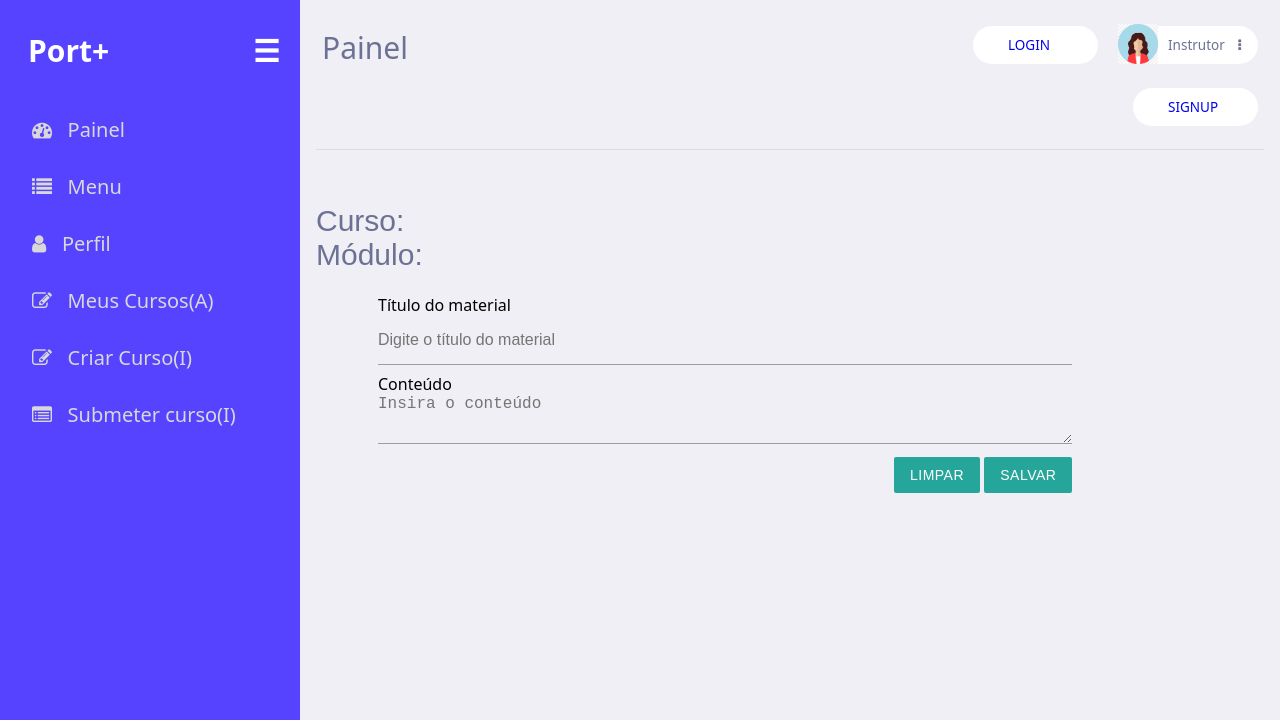
Repository: LauraMViana/Port-plus
Page: http://localhost/portPlus/criarCurso/addConteudo
The author's editor kept a copy of each file at every save. The page is drawn from the files as they stood at one save, then again after the next save.
The browser window is 1280 px wide. The pictures show the whole page.
The page is this project's Thymeleaf template; nobody is signed in. The template is opened directly, without the code that normally fills it, so the values that code supplies are empty.

Above is the page before, as saved 2021-12-28 14:53:47.

After the next save:
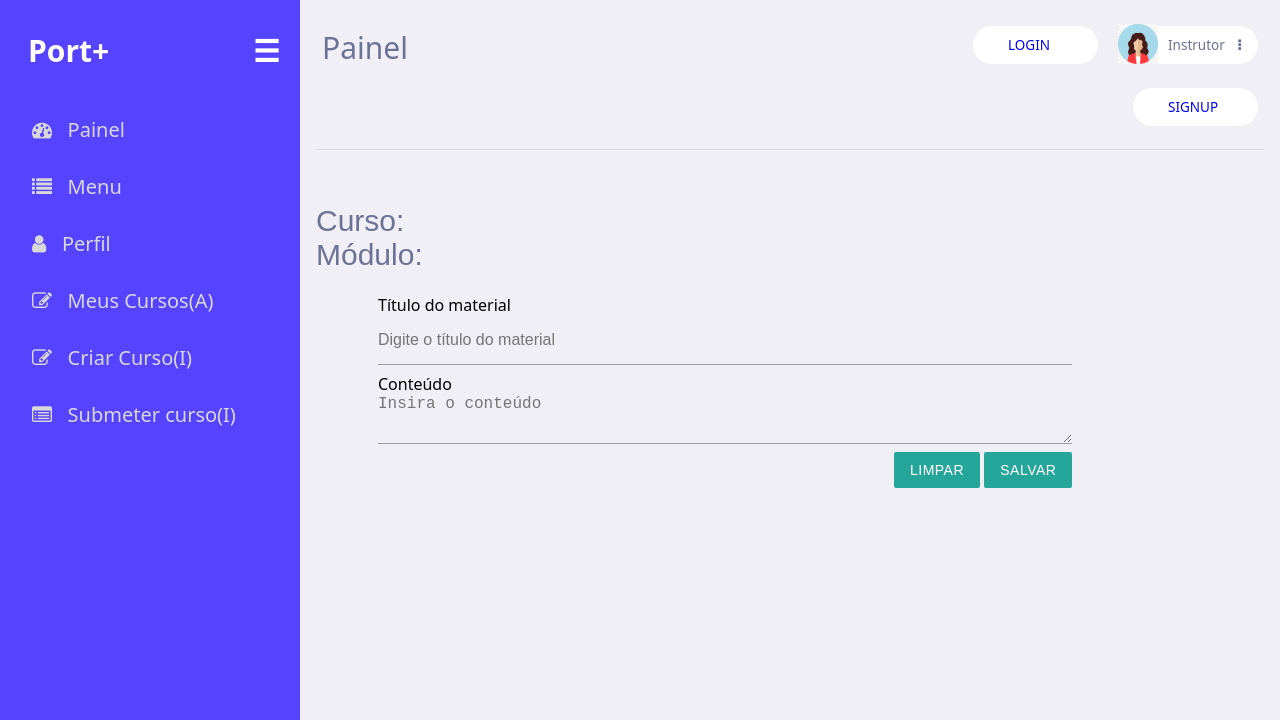
Saved 115 s later.
--- a/port/src/main/resources/templates/portPlus/criarCurso/addConteudo.html
+++ b/port/src/main/resources/templates/portPlus/criarCurso/addConteudo.html
@@ -31,7 +31,7 @@
 					th:field="${material.tituloMat}">
 				<div>
 					<label for="mc">Conteúdo</label>
-					<textarea placeholder="Insira o conteúdo" id="mc" class="materialize-textarea"
+					<textarea placeholder="Insira o conteúdo" id="mc" class="materialize-textarea conteudo"
 						th:field="${material.conteudo}"></textarea>
 				</div>
 
